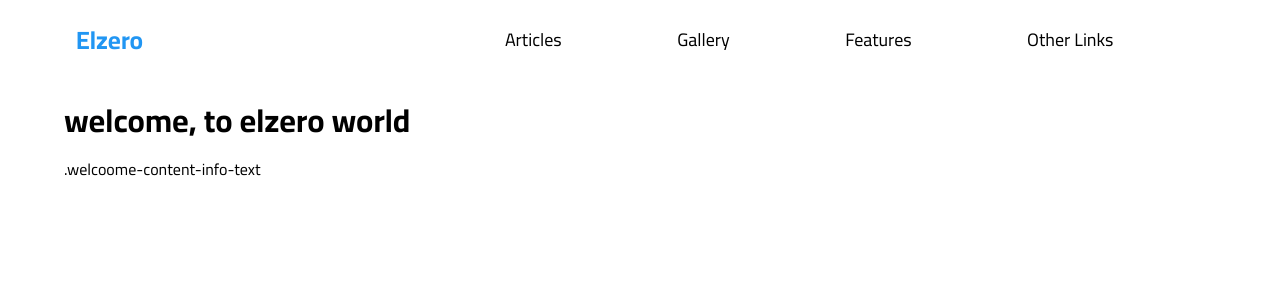
Repository: Toqa-25/elzeroAcdemey-Templete
Page: index.html
These files come from the project's save history. The page is drawn as it stood at one moment and after the next save; the edit follows.
The browser window is 1280 px wide. The pictures show the whole page.

Above is the page before, as saved 2022-01-16 20:56:11.

### index.html
<!DOCTYPE html>
<html lang="en">
<head>
    <meta charset="UTF-8">
    <meta http-equiv="X-UA-Compatible" content="IE=edge">
    <meta name="viewport" content="width=device-width, initial-scale=1.0">
    <!-- normalize file -->
    <link rel="stylesheet" href="css/normalize.css">
    <!-- css files -->
    <link rel="stylesheet" href="css/style.css">
    <!-- fontAwosem file -->
    <link rel="stylesheet" href="css/all.min.css">
     <!-- font files -->
     <link rel="preconnect" href="https://fonts.googleapis.com">
    <link rel="preconnect" href="https://fonts.gstatic.com" crossorigin>
    <link href="https://fonts.googleapis.com/css2?family=Cairo:wght@200;400;700;800;900&display=swap" rel="stylesheet">
    <!-- page title -->
    <title>templete 3</title>
</head>
<body>
    <!-- header section -->
    <header id="" class="">
        <div class="container">
            <div class="header-content">
                <div class="header-content-logo">
                    <a href="index.html" class="logo link-none">Elzero</a>
                </div>
                <nav>
                    <ul class="nav-list unlist">
                        <li class="nav-list-item"> <a href="" class="link-none  link-style" id="articles">articles</a></li>
                        <li class="nav-list-item"> <a href="" class="link-none  link-style" id="gallery">gallery</a></li>
                        <li class="nav-list-item"> <a href="" class="link-none  link-style" id="features">features</a></li>
                        <li class="nav-list-item" id="parent-other-links"> <a href="javascript:;" class="link-none  link-style " >other links</a>
                            <div class="other-links " id="child-other-links">
           <div class="other-links-content">
            <div class="other-links-content-img">
                <img src="images/header/Video files-amico.svg" alt="">
            </div>

            <ul class="other-links-list unlist">
            <div class="other-links-list-group-one">
              <li id="" class="other-links-list-item"><a href="" class="link-none  link-style "><i class="far fa-comments"></i> testimonials</a></li>
              <li id="" class="other-links-list-item"><a href="" class="link-none  link-style "><i class="far fa-user"></i> team member</a></li>
              <li id="" class="other-links-list-item"><a href="" class="link-none  link-style"><i class="far fa-building"></i> services</a></li>
              <li id="" class="other-links-list-item"><a href="" class="link-none  link-style"><i class="far fa-check-circle"></i> our skils</a></li>
              <li id="" class="other-links-list-item"><a href="" class="link-none  link-style"><i class="far fa-clipboard"></i> how it work</a></li>
            </div>
            <div class="other-links-list-group-one">
                <li id="" class="other-links-list-item"><a href="" class="link-none  link-style"><i class="far fa-calendar-alt"></i> events</a></li>
                <li id="" class="other-links-list-item"><a href="" class="link-none  link-style"><i class="fas fa-server"></i> pricing planes</a></li>
                <li id="" class="other-links-list-item"><a href="" class="link-none  link-style"><i class="far fa-play-circle"></i> top video</a></li>
                <li id="" class="other-links-list-item"><a href="" class="link-none  link-style"><i class="fas fa-chart-bar"></i> states</a></li>
                <li id="" class="other-links-list-item"><a href="" class="link-none  link-style"><i class="fas fa-percent"></i> request a discount</a></li>
            </div>
        </ul>
       </div>
       </div>
                        </li>

                    </ul>
                </nav>
            </div>
        </div>
    </header>
    <!-- welcom section -->
    <section id="welcome" class="welcome">
        <div class="container">
            <div class="welcome-content">
                <div class="welcome-content-info">
                    <h1 class="welcome-content-info-head">welcome, to elzero world</h1>
                    .welcoome-content-info-text
                </div>
                <div class="welcome-content-img"></div>
            </div>
        </div>

    </section>


       <script src="script.js">

       </script>
</body>
</html>

### css/style.css
 /*
  - container
  -section head

 */
 /* global style */
 :root{
     /* --main-color:#45B2F8; */
     --main-color:#2196F3;
     --s-background:#ececec54;
     /* --s-background:#ecececa4; */
     --p-color:#D6ECEC;
 }

 *{
     box-sizing: border-box;
     margin: 0;
     padding: 0;
 }
html , body{
    width: 100%;
    height: 100%;
    margin: 0;
    padding: 0;
    overflow: hidden;
}
 body{
     font-family: "Cairo", sans-serif;
 }
 .container{
      width: 90%;
      margin:0 auto;
      /* padding: 15px 0; */
 }
 .link-none{
     text-decoration: none;
 }
 .unlist{
     list-style: none;
 }
 .link-style{
    font-size: 18px;
    text-transform: capitalize;
 }

 /* header style */
 header{
   margin-bottom: 10px;
 }
.header-content{
    display: flex;
    justify-content: space-between;
    align-items: center;
    padding: 10px 12px ;
    margin-bottom: 10px;
}
.logo{
    font-weight: bolder;
    font-size:25px;
    color:var(--main-color)
}

nav{
    width: 70%;
}
.nav-list{
    display: flex;
    justify-content: space-evenly;
    align-items: center;
}
.nav-list-item {
    cursor: pointer;
    color:#000;
    padding: 20px  25px;
    position: relative;
    transition: background-color .2s ;
    -webkit-transition: background-color .2s ;
    -moz-transition: background-color .2s ;
    -ms-transition: background-color .2s ;
    -o-transition: background-color .2s ;
}
.nav-list-item::before{
    content: "";
    height: 3px;
    width: 0;
    background-color: var(--main-color);
    position: absolute;
    top: 0px;
    left: 0;
    transition: width .6s;
    -webkit-transition: width .6s;
    -moz-transition: width .6s;
    -ms-transition: width .6s;
    -o-transition: width .6s;
}
.nav-list-item a{
        color:#000;
}

.nav-list-item:hover  {
    background-color: var(--s-background);
}
.nav-list-item:hover  a {
    color:var(--main-color);
}
.nav-list-item:hover::before{
        width: 100%;
}
#parent-other-links{
    position: relative;
}
#parent-other-links:hover #child-other-links{
    transform:translateY(20px) ;
    -webkit-transform:translateY(20px) ;
    -moz-transform:translateY(20px) ;
    -ms-transform:translateY(20px) ;
    -o-transform:translateY(20px) ;
}
/* media query for header*/
@media (max-width:767px){
    .header-content{
        flex-direction:column ;
        padding:5px 12px;
}
.header-content-logo{
    margin-bottom: 5px;
}
nav{
    width: 80%;
}
.nav-list-item{
    padding:17px 10px;
}
.nav-list-item a{
    font-size: 15px;
}
}
/********************************************************************************************/
/* style for other links */
.other-links{
 /*margin-top: 10px;
 */margin: 10 auto;
 transform: translatey(1000%);
 -webkit-transform: translatey(1000%);
 -moz-transform: translatey(1000%);
 -ms-transform: translatey(1000%);
 -o-transform: translatey(1000%);
 transition: transform .5s;
 -webkit-transition: transform .5s;
 -moz-transition: transform .5s;
 -ms-transition: transform .5s;
 -o-transition: transform .5s;
}
.other-links-content{
    display: flex;
    border-bottom: 4px solid var(--main-color);
    border-top: 2px solid var(--s-background);
}
.other-links-content-img{
    margin:auto;
}
.other-links-content-img img{
    width: 100%;
}
.other-links-list{
    width:55%;
    display: flex;
    justify-content: space-between;
    padding: 10px;
    align-items: center;
}
.other-links-list-group-one{
    width:45%
}
.other-links-list-item{
    padding: 15px ;
    border-bottom: 1px solid rgba(0, 0, 0, 0.337);
    position: relative;
    cursor: pointer;

}
.other-links-list-item:last-child{
    border:none;
}
.other-links-list-item::before{
    content:"";
    position: absolute;
    top: 0;
    left: 0;
    height: 100%;
    width: 0%;
    background-color: var(--s-background);
    transition:width .5s;
    -webkit-transition:width .5s;
    -moz-transition:width .5s;
    -ms-transition:width .5s;
    -o-transition:width .5s;
}
.other-links-list-item:hover::before{
    width: 100%;
}
.other-links-list-item a{
    font-weight: bold;
    color:var(--main-color)
}
.other-links-list-item > a > i{
 margin-right: 10px;
}
.other{
    transform: translatey(20px);
    -webkit-transform: translatey(20px);
    -moz-transform: translatey(20px);
    -ms-transform: translatey(20px);
    -o-transform: translatey(20px);
}
#child-other-links{
    width:85vw;
    position: absolute;
    right: 5px;
    /* background-color: violet; */
}
@media(max-width:991px){
    #child-other-links{
     width:87vw;
    }
     .other-links-content-img{
        display: none;
    }
    .other-links-list{
        width: 100%;
    }
}
@media(max-width:767px){
    #child-other-links{
        width:100vw;
        margin-right: -166px;
    }
     .other-links-list{
        flex-direction: column;
    }
        .other-links-list-group-one{
    width:100%;
}
.other-links-list-item:last-child{
    border-bottom: 1px solid rgba(0, 0, 0, 0.337);
}
 .other-links-list-item a{
     font-size: 18px;
 }
}

### script.js
let otherParent = document.getElementById("parent-other-links");
let otherChild = document.getElementById("child-other-links");
otherParent.onclick = function () {
  otherChild.classList.toggle("other");
};

Loaded but not shown: css/normalize.css (library); css/all.min.css (library)

After the next save:
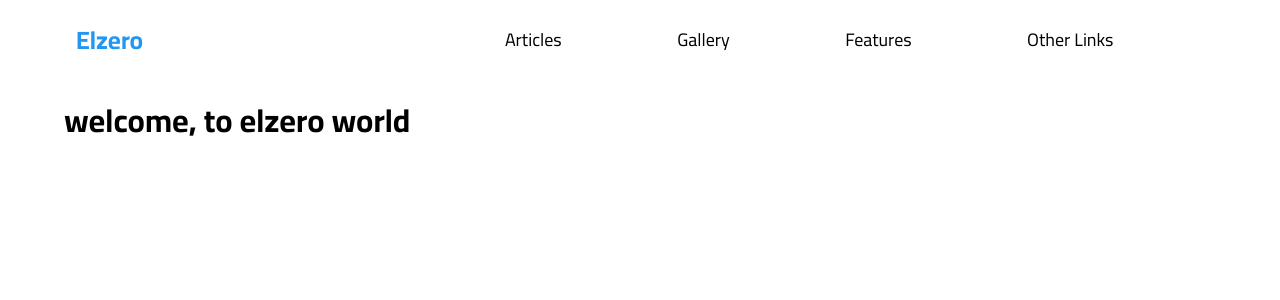
Saved 19 s later.
--- a/index.html
+++ b/index.html
@@ -68,7 +68,7 @@
             <div class="welcome-content">
                 <div class="welcome-content-info">
                     <h1 class="welcome-content-info-head">welcome, to elzero world</h1>
-                    .welcoome-content-info-text
+                    <div class="welcoome-content-info-text"></div>
                 </div>
                 <div class="welcome-content-img"></div>
             </div>
